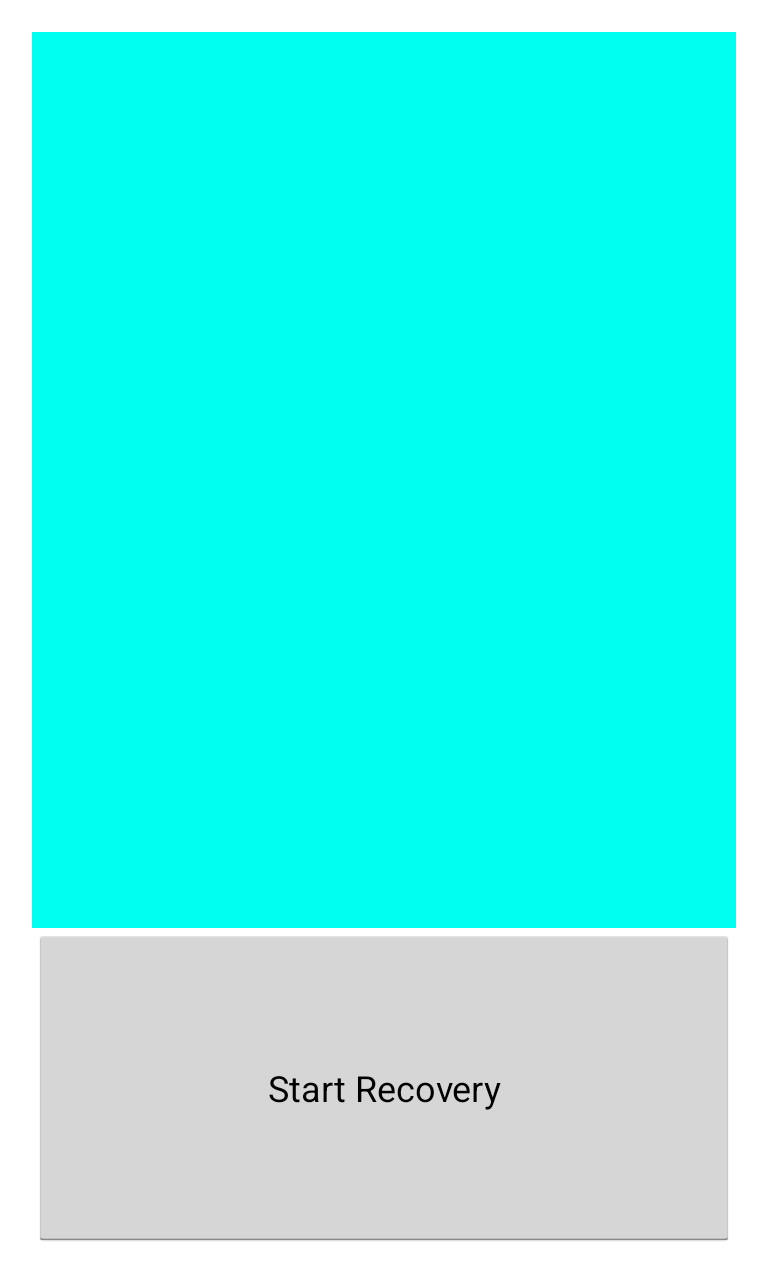
Repository: zzttt/LVM_BackupSol
Layout: TimeTraveler/res/layout/activity_recv.xml
The author's editor kept a copy of each file at every save. The layout is drawn from the files as they stood at one save, then again after the next save.
It is drawn on a 768 x 1280 px phone screen (xhdpi) without system bars, with theme AppTheme; the app's code is not run. Lists and similar views that code fills are empty.

Above is the layout before, as saved 2014-07-20 13:18:22.

### TimeTraveler/res/layout/activity_recv.xml
<RelativeLayout xmlns:android="http://schemas.android.com/apk/res/android"
    xmlns:tools="http://schemas.android.com/tools"
    android:layout_width="match_parent"
    android:layout_height="match_parent">

    <LinearLayout
        android:layout_width="match_parent"
        android:layout_height="match_parent"
        android:weightSum="1"
        android:orientation="vertical"
	    android:paddingBottom="@dimen/activity_vertical_margin"
	    android:paddingLeft="@dimen/activity_horizontal_margin"
	    android:paddingRight="@dimen/activity_horizontal_margin"
	    android:paddingTop="@dimen/activity_vertical_margin"
        >
    <ListView
        android:id="@+id/lv_recvList"
        android:layout_width="match_parent"
        android:layout_height="wrap_content"
        android:smoothScrollbar="true"
        android:background="#00fff0"
        android:layout_weight="0.8"
         >
    </ListView>

    <Button
        android:id="@+id/startRecv"
        android:layout_width="match_parent"
        android:layout_height="wrap_content"
        android:text="Start Recovery"
        android:onClick="mOnClick"
        android:layout_weight="0.2"
        />

    </LinearLayout>
</RelativeLayout>

Loaded but not shown: TimeTraveler/res/values/styles.xml (common file); TimeTraveler/res/values-v11/styles.xml (common file); TimeTraveler/res/values-v14/styles.xml (common file); TimeTraveler/res/values/dimens.xml (common file); TimeTraveler/res/values-w820dp/dimens.xml (common file)

After the next save:
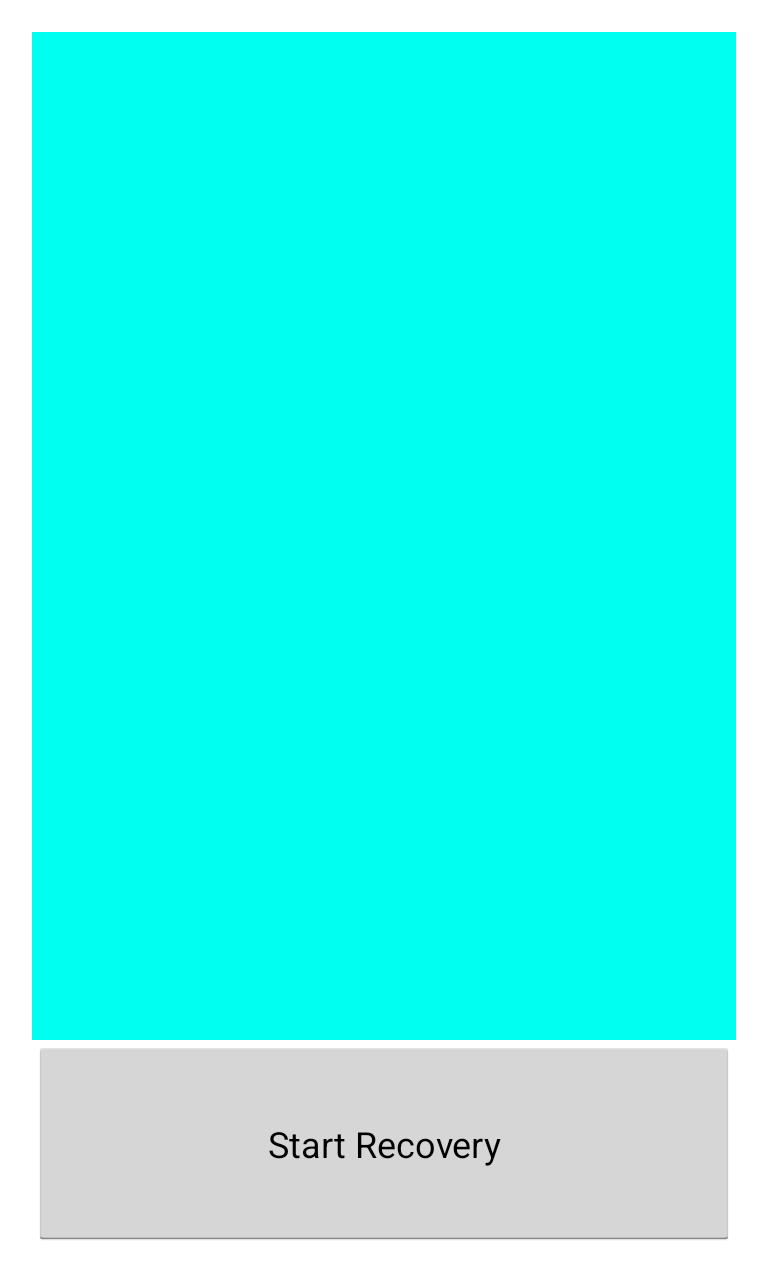
Saved 35 s later.
--- a/TimeTraveler/res/layout/activity_recv.xml
+++ b/TimeTraveler/res/layout/activity_recv.xml
@@ -19,7 +19,7 @@
         android:layout_height="wrap_content"
         android:smoothScrollbar="true"
         android:background="#00fff0"
-        android:layout_weight="0.8"
+        android:layout_weight="0.9"
          >
     </ListView>
 
@@ -29,7 +29,7 @@
         android:layout_height="wrap_content"
         android:text="Start Recovery"
         android:onClick="mOnClick"
-        android:layout_weight="0.2"
+        android:layout_weight="0.1"
         />
 
     </LinearLayout>
